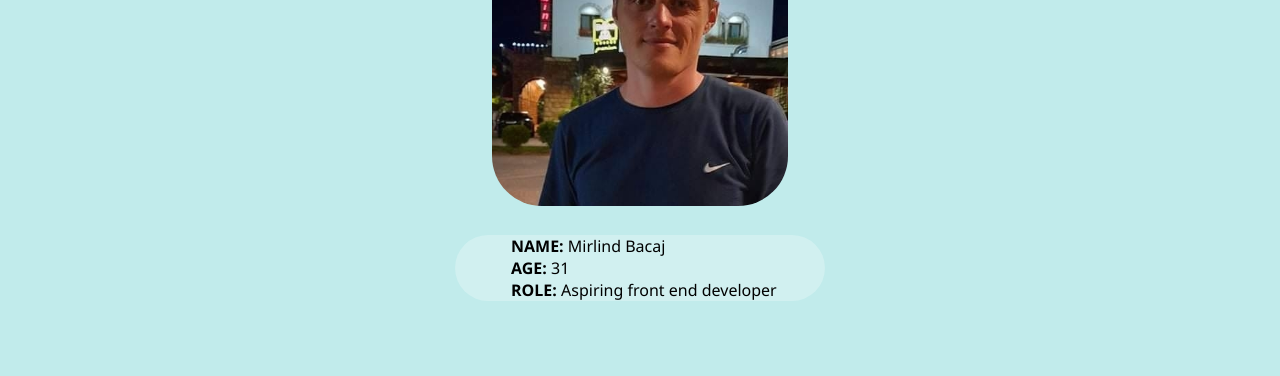
Repository: mirkbirki/mirkbirki.github.io
Page: index.html
The author's editor kept a copy of each file at every save. The page is drawn from the files as they stood at one save, then again after the next save.
The browser window is 1280 px wide. The pictures show the part of the page from y = 2211 to 3163 px (the page is 2587 px tall before and 3163 px after).
A picture or video elsewhere on the page could not be fetched, so the positions and the page height are approximate.

Above is the page before, as saved 2022-11-25 14:58:51.

### index.html
<!DOCTYPE html>
<html lang="en">
<head>
    <meta charset="UTF-8">
    <meta http-equiv="X-UA-Compatible" content="IE=edge">
    <meta name="viewport" content="width=device-width, initial-scale=1.0">
    <title>Mirlind's portfolio</title>
    <link rel="stylesheet" href="styles.css">
</head>
<body>
    <header>
        <div class="header-bar">
            <h1>Mirlind's portfolio</h1>
            <nav>
                <ul>
                    <li><a href="#skills">Skills</a></li>
                    <li><a href="#projects">Projects</a></li>
                    <li><a href="#about">About</a></li>
                    <li><a href="#contact">Contact</a></li>
                </ul>
            </nav>
        </div>
    </header>
    <div id="skills">
        <h2>SKILLS</h2>
        <div class="left-aligned-text">
            <p class="skills-text"><img class="img-skills" src="scroll.png" />Studied web-development for 6 months</p>
            <p class="skills-text"><img class="img-skills" src="desktop-computer.png" />Frontend specialized</p>
            <p class="skills-text"><img class="img-skills" src="git.png" />Basic knowledge with GIT</p>
            <p class="skills-text"><img class="img-skills" src="html5.png" />Basic knowledge with HTML5</p>
            <p class="skills-text"><img class="img-skills" src="css3.png" />Basic knowledge with CSS3</p>
            <p class="skills-text"><img class="img-skills" src="js.png" />Yet to start learning javascript</p>
        </div>
    </div>
    <div id="projects">
        <h2>PROJECTS</h2>
        <div class="grid-container-projects">
            <div class="grid-project-1">
                <h3>ESTIMERA</h3>
                <img class="img-project" src="estimera.PNG" />
                <p class="projects-text">This was a project which I received from my brother in law. He works for the swedish immigration department
                    and needed a tool which would help him calculate if an applicant is eligeble for work visa. I figured out the logic and
                    applied it in Python. My cousin set up the site using Python/Django and is maintaining it today.</p>
                <ul>
                    <li>Python •</li>
                    <li>HTML5 •</li>
                    <li>CSS3</li>
                </ul>
            </div>
            <div class="grid-project-2">
                <h3>NEXT PROJECT</h3>
                <img class="img-project" src="question-mark.png" />
                <p class="projects-text">Lorem ipsum dolor sit amet consectetur adipisicing elit. Eos labore quae, nisi voluptatibus earum, pariatur iusto, hic minima reiciendis
                    architecto voluptatum dolor quam consectetur explicabo? Modi iste possimus exercitationem minima.</p>
                <ul>
                    <li></li>
                    <li></li>
                    <li></li>
                </ul>
            </div>
        </div>
    </div>
    <div id="about">
        <h2>ABOUT</h2>
        <div class="flex-container-about">
            <div class="flex-1-about">
                <img class=about-img src="jag.jpg" />
            </div>
            <div class="flex-2-about">
                <ul>
                    <li><b>NAME:</b> Mirlind Bacaj</li>
                    <li><b>AGE:</b> 31</li>
                    <li><b>ROLE:</b> Aspiring front end developer</li>
                </ul>
            </div>
        </div>
    </div>
</body>
</html>

### styles.css
* {
  font-family:'Segoe UI', Tahoma, Geneva, Verdana, sans-serif;
}

html {
  overflow-x: hidden;
}

body {
  margin: 0;
  width: 100%;
  background-color: rgb(193, 235, 235);
  overflow-x: hidden;
}

/* HEADER */

.header-bar {
  width: 100%;
  height: fit-content;
  background-color: black;
  border-top: 1px solid rgb(0, 0, 0);
  text-align: center;
}

.header-bar h1 {
  color: white;
  padding: 0;
  margin-top: 0.8rem;
}

nav ul {
  list-style-type: none;
  margin: 0 auto;
  padding: 0 0 0.8rem 0;
}

nav li {
  display: inline-block;
  padding-right: 1rem;
  margin-left: 1rem;
}

nav a {
  text-decoration: none;
  color: white;
}

nav a:hover {
  color: gray;
}

/* SKILLS */

#skills {
  width: 740px;
  margin: 5rem auto;
}

#skills h2 {
  text-align: center;
}

.left-aligned-text {
  width: 100%;
  text-align: left;
  margin: 0 auto;
}

.skills-text {
  padding: 0.5rem;
  margin-left: 11.5rem;
  font-weight: 500;
}

.img-skills {
  width: 9%;
  padding-right: 1rem;
  vertical-align: middle;
}

/* PROJECTS */

#projects {
  width: 80%;
  margin: 8rem auto;
  text-align: center;
}

.grid-container-projects {
  display: grid;
  grid-template-columns: auto auto;
  grid-template-rows: auto;
  text-align: center;
  height: 100%;
  margin: 0 auto;
  gap: 2em;
}

.grid-project-1 {
  text-align: center;
}

.grid-project-1 h3 {
  text-decoration: underline;
  text-decoration-thickness: 3px;
}

.img-project {
  display: block;
  width: 70%;
  height: 65%;
  margin: 0 auto;
}

.projects-text {
  margin: 0 auto;
  text-align: left;
  width: 65%;
  padding: 1rem 0 1rem 0;
  font-weight: 450;
}

#projects ul {
  list-style-type: none;
  text-align: center;
  margin: 0 auto;
  width: 80%;
  padding: 0;
}

#projects li {
  font-weight: bold;
  display: inline;
}

.grid-project-2 h3 {
  text-align: center;
  text-decoration: underline;
  text-decoration-thickness: 3px;
}

.grid-project-2 {
  text-align: left;
}

/* ABOUT */

#about {
  margin: 10rem auto;
  width: 1280px;
  text-align: center;
}

.flex-container-about {
  margin: 3.2rem auto;
  display: flex;
  flex-direction: row;
  align-items: center;
}

.flex-1-about {
  width: 50%;
}

.about-img {
  width: 50%;
  border-radius: 50px;
}

.flex-2-about {
  width: 40%;
}

#about ul {
  background-color: rgba(255, 255, 255, 0.25);
  border-radius: 50px;
  list-style-type: none;
  font-size: 24px;
  margin-left: 3.5rem;
}

#about li {
  text-align: left;
}

@media screen and (max-width: 1280px) {

/* SKILLS */

  #skills {
    width: 740px;
    margin: 2rem auto;
  }

  /* PROJECTS */

  #projects {
    width: 80%;
    margin: 4rem auto;
  }

  .grid-container-projects {
    display: block;
  }

  .grid-project-1 {
    padding-top: 0.1rem;
  }

  .img-project {
    width: 50%;
    height: 30%;
  }

  .projects-text {
    width: 50%;
  }

  .grid-project-2 {
    padding-top: 1.5rem;
  }

  /* ABOUT */

  #about {
    margin: 0 auto;
    width: 740px;
  }

  .flex-container-about {
    flex-direction: column;
  }

  .flex-1-about {
    width: 100%;
  }

  .about-img {
    width: 40%;
  }

  .flex-2-about {
    width: 50%;
  }

  #about ul {
    margin-left: 0;
  }

  #about li {
    font-size: 16px;
    font-weight: 500;
    text-align: left;
    margin-left: 1rem;
  }

}

@media screen and (max-width: 750px) {

  /* HEADER */

  nav li {
    padding-right: 0.5rem;
    margin-left: 0.5rem;
  }

  /* SKILLS */

  #skills {
    width: 500px;
  }

  .skills-text {
    margin-left: 4.5rem;
  }

 /* PROJECTS */

  #projects {
    width: 100%;
    margin: 4rem auto;
  }

  .img-project {
    width: 50%;
    height: 30%;
  }

  /* ABOUT */

  #about {
    width: 100%;
  }

  .about-img {
    min-width: 240px;
    width: 45%;
  }

  #about ul {
    border-radius: 20px;
    width: fit-content;
    padding: 0.3rem;
    font-size: 16px;
    margin: 1rem auto;
  }

  #about li {
    font-size: 15px;
    font-weight: 500;
    text-align: left;
    margin-left: 1rem;
  }

}

@media screen and (max-width: 520px) {

  /* SKILLS */

  #skills {
    width: 300px;
  }

  .skills-text {
    margin: 0 auto;
    text-align: center;
  }

  .img-skills {
    margin: 0 175px 0 125px;
    width: 12%;
    padding: 0.5rem 0 0.2rem 0;
  }

  /* PROJECTS */

  .img-project {
    width: 50%;
    height: 30%;
  }

  .projects-text {
    font-size: 14px;
  }

  #projects li {
    font-size: 13px;
  }

  /* ABOUT */

  #about ul {
    width: 100%;
  }

  #about li {
    font-size: 14px;
  }

}

After the next save:
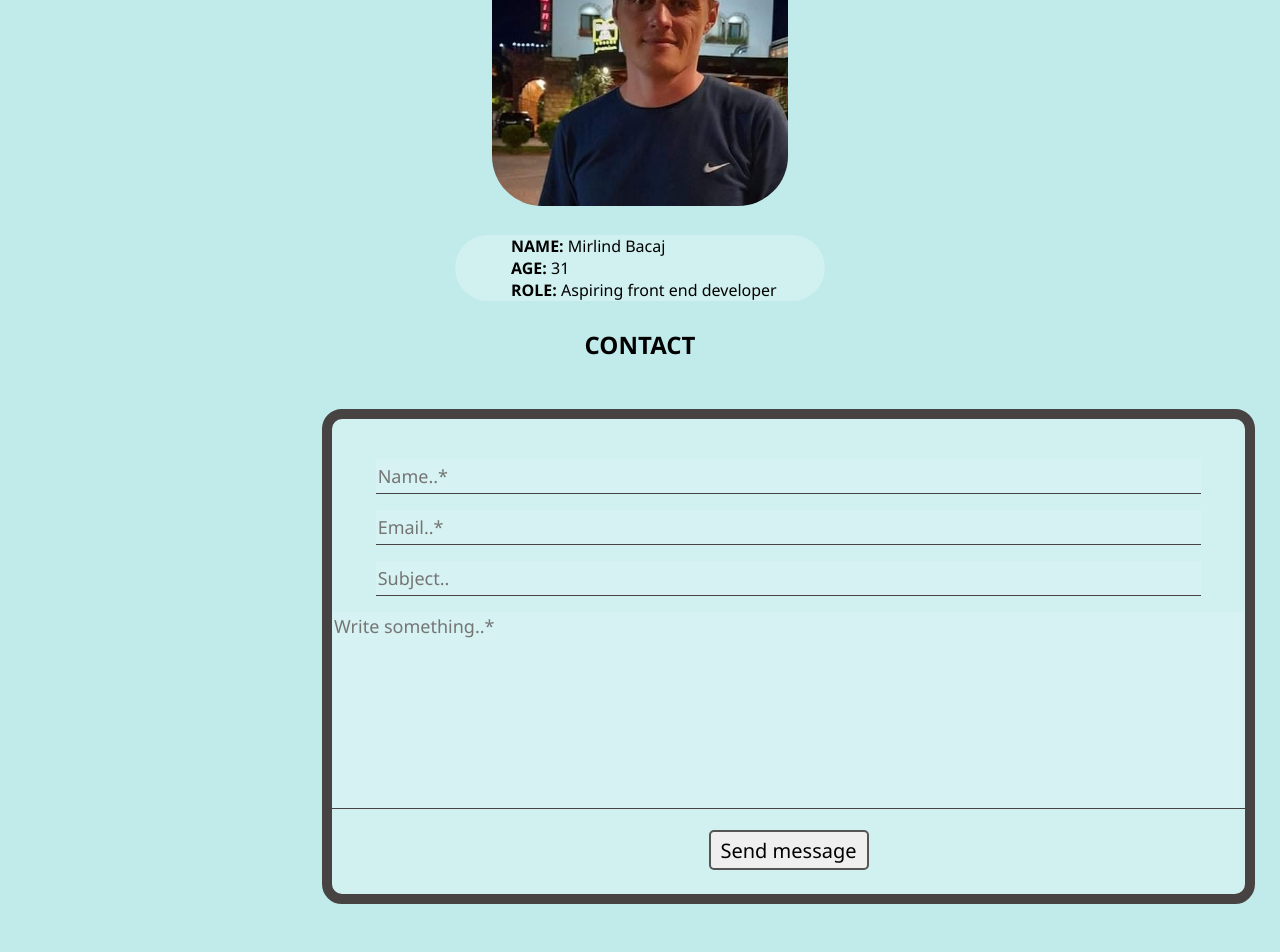
Saved 42 min 18 s later.
--- a/index.html
+++ b/index.html
@@ -75,5 +75,17 @@
             </div>
         </div>
     </div>
+    <div id="contact">
+        <h2>CONTACT</h2>
+        <form action="URL till servern" method="get">
+            <fieldset>
+            <input type="text" name="name" value="" required placeholder="Name..*"/>
+            <input type="email" name="email" value="" required placeholder="Email..*"/>
+            <input type="text" name="subject" value="" placeholder="Subject.."/>
+            <textarea name="message" rows="8" cols="86" value="" placeholder="Write something..*"></textarea>
+            <button type="button">Send message</button>
+            </fieldset>
+         </form>
+    </div>
 </body>
 </html>
--- a/styles.css
+++ b/styles.css
@@ -184,6 +184,54 @@ nav a:hover {
   text-align: left;
 }
 
+/* CONTACT */
+
+#contact {
+  text-align: center;
+  margin: -3rem auto 0 auto;
+}
+
+#contact form {
+  width: 50%;
+  margin: 3rem auto;
+}
+
+#contact fieldset {
+  padding: 1.5rem 0;
+  border: 10px solid rgb(71, 67, 67);
+  border-radius: 20px;
+  background-color: rgba(255, 255, 255, 0.25);
+}
+
+#contact input {
+  display: block;
+  width: 90%;
+  height: 2rem;
+  margin: 1rem auto 1rem auto;
+  font-size: 18px;
+  border: none;
+  border-bottom: 1px solid rgb(71, 67, 67);
+  background-color: rgba(255, 255, 255, 0.1);
+}
+
+#contact textarea {
+  resize: none;
+  font-size: 18px;
+  border: none;
+  border-bottom: 1px solid rgb(71, 67, 67);
+  background-color: rgba(255, 255, 255, 0.1);
+}
+
+#contact button {
+  margin: 1rem auto 0 auto;
+  width: 10rem;
+  height: 2.5rem;
+  font-size: 20px;
+  font-weight: 500;
+  border: 2px solid rgb(87, 84, 84);
+  border-radius: 5px;
+}
+
 @media screen and (max-width: 1280px) {
 
 /* SKILLS */
